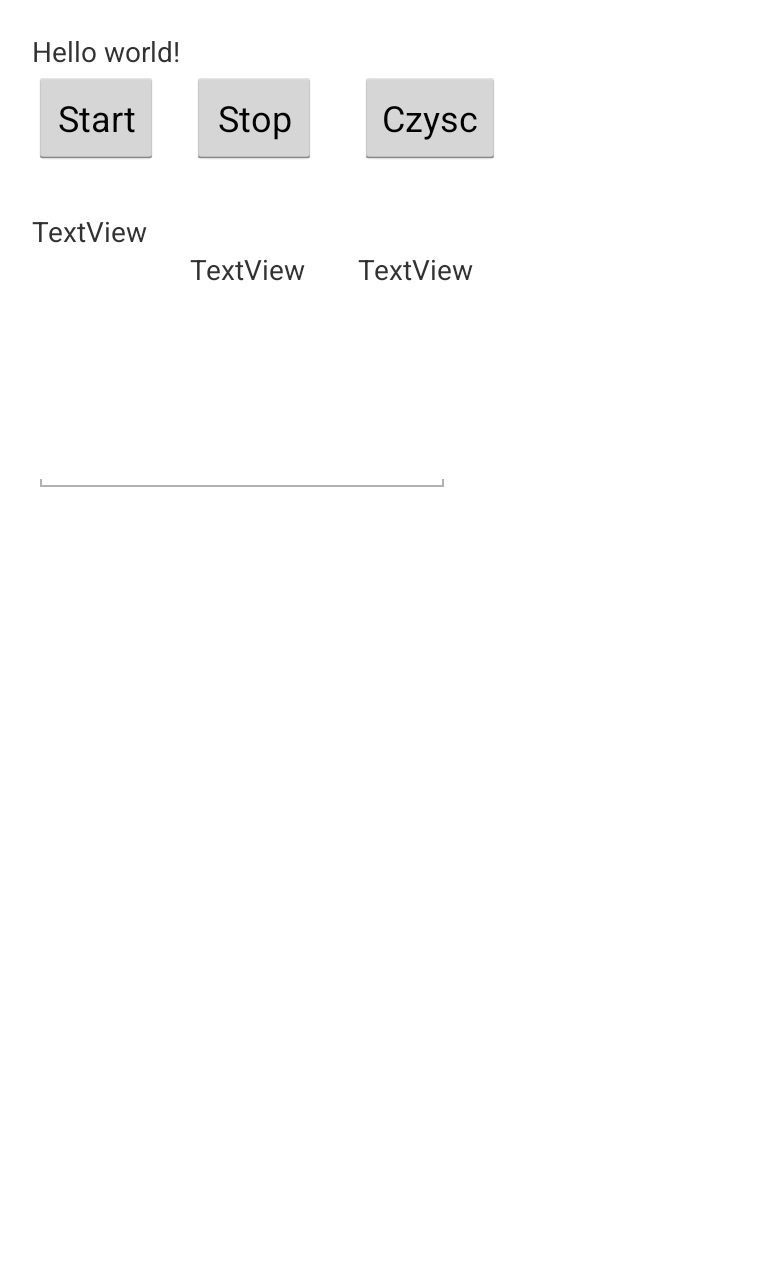
Repository: lukaszgor/mobilki
Layout: LAB6/To nieważne/Cw 6 przykład 2/Cw6zad2/res/layout/activity_main.xml
An editor plug-in stored every save of this project. The layout is shown before and after the next save, followed by the edit.
It is drawn on a 768 x 1280 px phone screen (xhdpi) without system bars, with theme AppTheme; the app's code is not run.

Above is the layout before, as saved 2020-05-28 16:52:14.

After the next save:
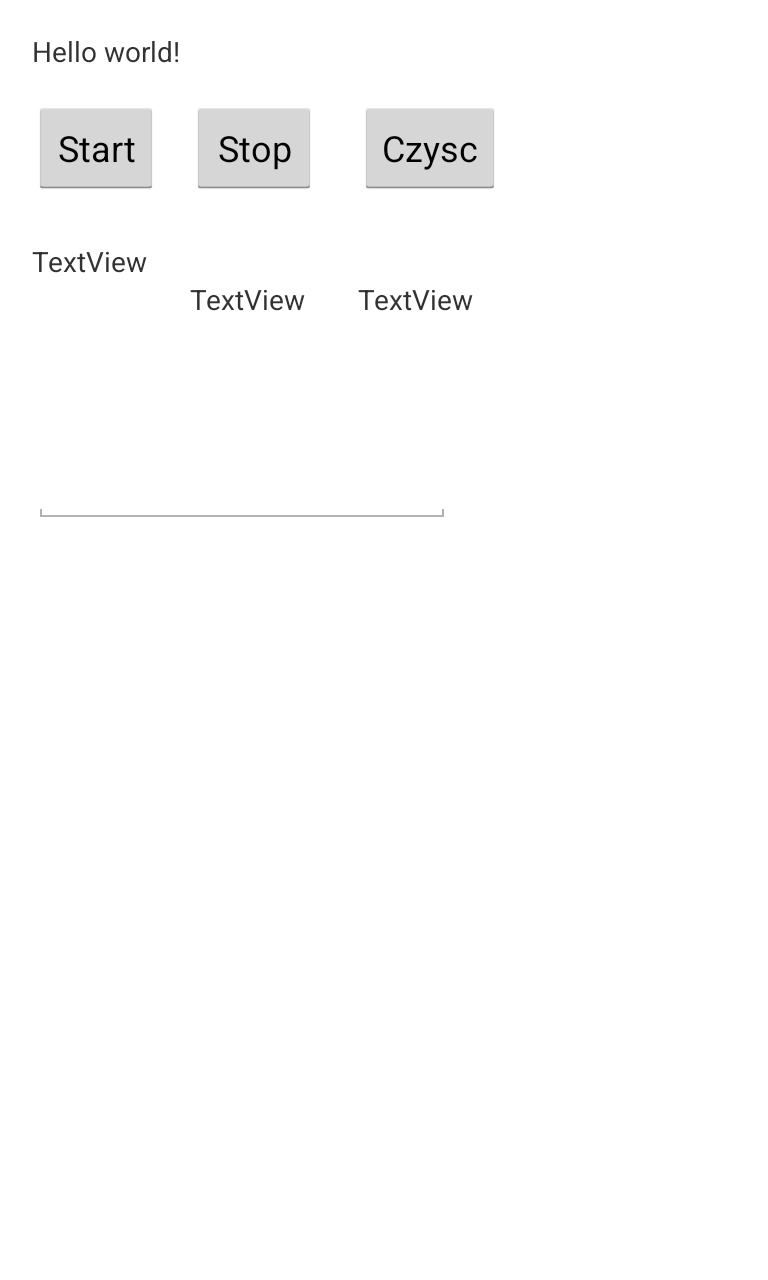
Saved 103 s later.
--- a/LAB6/To nieważne/Cw 6 przykład 2/Cw6zad2/res/layout/activity_main.xml
+++ b/LAB6/To nieważne/Cw 6 przykład 2/Cw6zad2/res/layout/activity_main.xml
@@ -13,14 +13,6 @@
         android:layout_width="wrap_content"
         android:layout_height="wrap_content"
         android:text="@string/hello_world" />
-
-    <Button
-        android:id="@+id/button1"
-        android:layout_width="wrap_content"
-        android:layout_height="wrap_content"
-        android:layout_alignLeft="@+id/textView1"
-        android:layout_below="@+id/textView1"
-        android:text="Start" />
 
     <Button
         android:id="@+id/button3"
@@ -76,4 +68,13 @@
         android:layout_marginTop="23dp"
         android:text="TextView" />
 
+    <Button
+        android:id="@+id/button1"
+        android:layout_width="wrap_content"
+        android:layout_height="wrap_content"
+        android:layout_alignLeft="@+id/textView1"
+        android:layout_below="@+id/textView1"
+        android:layout_marginTop="15dp"
+        android:text="Start" />
+
 </RelativeLayout>
